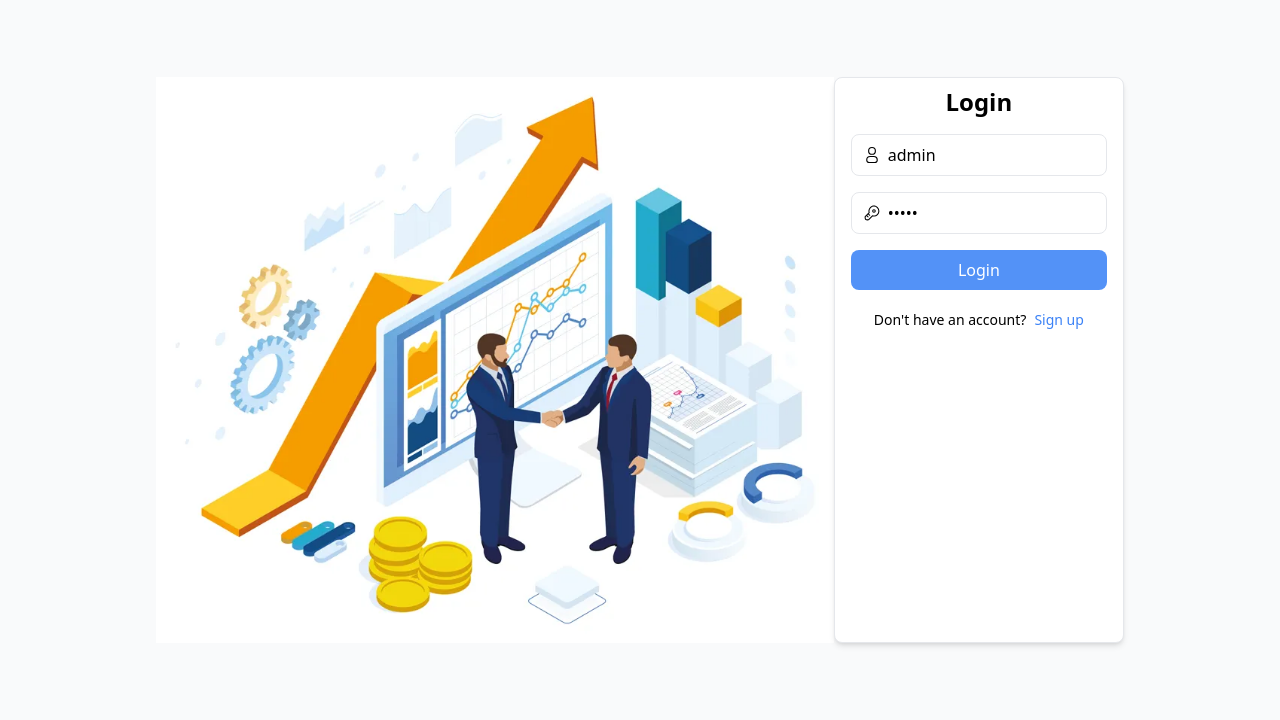
Repository: Fortivera/yourestate
Page: /
These files come from the project's save history. The page is drawn as it stood at one moment and after the next save; the edit follows.
The browser window is 1280 px wide. The pictures show the whole page.
The project was rebuilt for these pictures with package versions that can differ from the ones it lists, and the page was loaded fresh each time. The framework's server and built-in components were replaced by stand-ins that run in the browser. Also part of the build but not shown: next.config.js.

Above is the page before, as saved 2023-11-02 14:11:12.

### src/app/layout.tsx
import './globals.css'



export const metadata = {
  title: 'Home',
  description: "great explanation of something",
}

export default function RootLayout({ children }: { children: React.ReactNode }) {
  return (
    <html lang="en">
      <body>
        {children}
      </body>
    </html>
  );
}

### src/app/page.tsx
import Link from "next/link"
import Image from "next/image"
import SvgNewUser from "public/static/SvgNewUser"
import SvgPassword from "public/static/SvgPassword"

export default function Login() {
  return (
    <div className="min-h-screen bg-gray-50 flex items-center justify-center">
      <div className="flex justify-center w-full px-4 py-10 tablet:w-[540px] laptop:w-[1000px]">
        <div className="flex laptop:flex-row tablet:flex-col mobile:flex-col">
          <figure className="h-full w-full  ">
            <Image src="/static/growth.jpg" alt="login page picture" layout="responsive" width={500} height={700} className={""} />
          </figure>
          <div className="w-[400px] px-4 pb-8 pt-2 bg-white border rounded-lg shadow-md">
            <h1 className="text-2xl font-semibold text-center mb-4">Login</h1>

            <div className="mb-4 relative">
              <label className="text-sm" htmlFor="Name">
                <SvgNewUser width={18} height={18} className={"absolute left-3 top-3"} />
              </label>
              <input defaultValue="admin" id="Name" type="text" name="Name" placeholder="Username" autoComplete="given-name" required className="block w-full border rounded-lg py-2 pl-9 mt-1 focus:ring focus:ring-blue-300" />
            </div>

            <div className="mb-4 relative">
              <label className="text-sm" htmlFor="Password">
                <SvgPassword width={18} height={18} className={"absolute left-3 top-3"} />
              </label>
              <input defaultValue="admin" id="Password" type="password" name="Password" placeholder="Password" required className="block w-full border rounded-lg py-2 pl-9 mt-1 focus:ring focus:ring-blue-300" />
            </div>

            <button type="button" aria-label="Sign-in button" className="bg-[#5392f7] text-white rounded-lg w-full py-2 mb-4 hover:bg-[#3b83f6]">
              <Link href="/dashboard">Login</Link>
            </button>
            <div className="flex text-sm justify-center">
              <div className="p-1">Don't have an account?</div>
              <Link href="/user" className="text-blue-500 hover:underline p-1">
                Sign up
              </Link>
            </div>
          </div>
        </div>
      </div>
    </div>
  )
}

### src/app/globals.css

@import url('https://fonts.googleapis.com/css2?family=Lora:ital,wght@0,400;0,500;0,600;1,400;1,500;1,600&family=Montserrat:ital,wght@0,300;0,400;0,500;0,600;1,300;1,400;1,500;1,600&family=Poppins:ital,wght@0,300;0,400;0,500;0,600;0,700;0,800;0,900;1,300;1,400;1,500;1,600;1,700;1,800;1,900&family=Noto+Sans:ital,wght@0,300;0,400;0,500;0,600;0,700;0,800;0,900;1,300;1,400;1,500;1,600;1,700;1,800;1,900&display=swap');

@tailwind base;
@tailwind components;
@tailwind utilities;

.navbarDark{
  background-color:rgb(45 48 56 );
  color: #ddd;
}
.navbarLight {
  background-color: rgb(59 130 246 / 0.5);
  color: black;
}
.propertyListLight {
  background-color: rgb(249 250 251);
  color: black;
  border-color: rgb(229 231 235);
  }
.propertyListDark {
  background-color:rgb(45 48 56 / 0.95);
  color: #ddd;

}
.searchbarLight {
  background-color: rgb(248 250 252);
  color: black;

}
.searchbarDark {
  background-color:rgb(100 116 139 / 0.6);
  color: #ddd;
}
.propertyLight {
  background-color: rgb(249 250 251);
  color: black;

}
.propertyDark {
  background-color:rgb(45 48 56 / 0.95);
  color: #ddd;
}

### public/static/SvgNewUser.tsx
import * as React from "react"
import { SVGProps } from "react"
const SvgNewUser = (props: SVGProps<SVGSVGElement>) => (
  <svg
    xmlns="http://www.w3.org/2000/svg"
    width={800}
    height={800}
    fill="none"
    viewBox="0 0 24 24"
    {...props}
  >
    <g fill="#000" fillRule="evenodd" clipRule="evenodd">
      <path d="M12 2.75a3.75 3.75 0 1 0 0 7.5 3.75 3.75 0 0 0 0-7.5ZM6.75 6.5a5.25 5.25 0 1 1 10.5 0 5.25 5.25 0 0 1-10.5 0ZM4.25 18.571a5.321 5.321 0 0 1 5.321-5.321h4.858a5.321 5.321 0 0 1 5.321 5.321 4.179 4.179 0 0 1-4.179 4.179H8.43a4.179 4.179 0 0 1-4.179-4.179Zm5.321-3.821a3.821 3.821 0 0 0-3.821 3.821c0 1.48 1.2 2.679 2.679 2.679h7.142c1.48 0 2.679-1.2 2.679-2.679 0-2.11-1.71-3.821-3.821-3.821H9.57Z" />
    </g>
  </svg>
)
export default SvgNewUser

### public/static/SvgPassword.tsx
import * as React from "react"
import { SVGProps } from "react"
const SvgPassword = (props: SVGProps<SVGSVGElement>) => (
    <svg
        xmlns="http://www.w3.org/2000/svg"
        width={800}
        height={800}
        fill="none"
        viewBox="0 0 24 24"
        {...props}
    >
        <g fill="#000" fillRule="evenodd" clipRule="evenodd">
            <path d="M4.51 14.999a.689.689 0 0 1 .975 0l1.75 1.749a.689.689 0 0 1-.975.974l-1.75-1.75a.689.689 0 0 1 0-.973ZM6.698 12.812a.689.689 0 0 1 .974 0l1.749 1.75a.689.689 0 0 1-.974.974l-1.75-1.75a.689.689 0 0 1 0-.974Z" />
            <path d="M18.752 5.232c-2.32-2.313-6.075-2.312-8.386 0h-.001c-1.612 1.604-2.1 3.915-1.472 5.958.075.243.009.509-.172.69L3.74 16.86a.975.975 0 0 0-.184.341.912.912 0 0 0-.055.38l.001.006.262 1.901a.912.912 0 0 0 .262.474.857.857 0 0 0 .462.256l1.913.263c.08.012.223.003.385-.05a.838.838 0 0 0 .324-.177l.008-.007 4.995-4.986a.688.688 0 0 1 .692-.17c2.028.634 4.34.14 5.956-1.466a5.94 5.94 0 0 0-.009-8.393Zm-9.36-.975c2.85-2.85 7.475-2.848 10.332 0 2.86 2.849 2.86 7.493.01 10.342l-.001.002A7.316 7.316 0 0 1 12.8 16.52l-4.707 4.698a2.19 2.19 0 0 1-.883.523c-.309.1-.668.152-1.006.104h-.003L4.3 21.582c-.491-.069-.928-.326-1.25-.65a2.279 2.279 0 0 1-.649-1.24l-.001-.01-.262-1.902v-.003a2.26 2.26 0 0 1 .111-1.012c.102-.305.27-.625.505-.868l.007-.007 4.703-4.702c-.591-2.404.043-5.056 1.928-6.932Z" />
            <path d="M14.62 8.302a1.06 1.06 0 1 0 0 2.121 1.06 1.06 0 0 0 0-2.121Zm-2.438 1.06a2.438 2.438 0 1 1 4.876 0 2.438 2.438 0 0 1-4.877 0Z" />
        </g>
    </svg>
)
export default SvgPassword

### tailwind.config.js
/* eslint-disable prettier/prettier */
/** @type {import('tailwindcss').Config} */
module.exports = {
  content: [
    "./app/**/*.{js,ts,jsx,tsx}",
    "./pages/**/*.{js,ts,jsx,tsx}",
    "./components/**/*.{js,ts,jsx,tsx}",

    // Or if using `src` directory:
    "./src/**/*.{js,ts,jsx,tsx}",
  ],
  theme: {
    extend: {
      fontFamily: {
        Poppins: ["Poppins", "sans-serif"],
        Montserrat: ["Montserrat", "sans-serif"],
        Lora: ["Lora", "sans-serif"],
        Noto: ["Noto Sans", "sans-serif"],
      },
      screens: {
        'mobile': "320px",
        'tablet': "481px",
        'laptop': "769px",
       ' desktop': "1025px",
      },


    },
    plugins: [],
  },
}

After the next save:
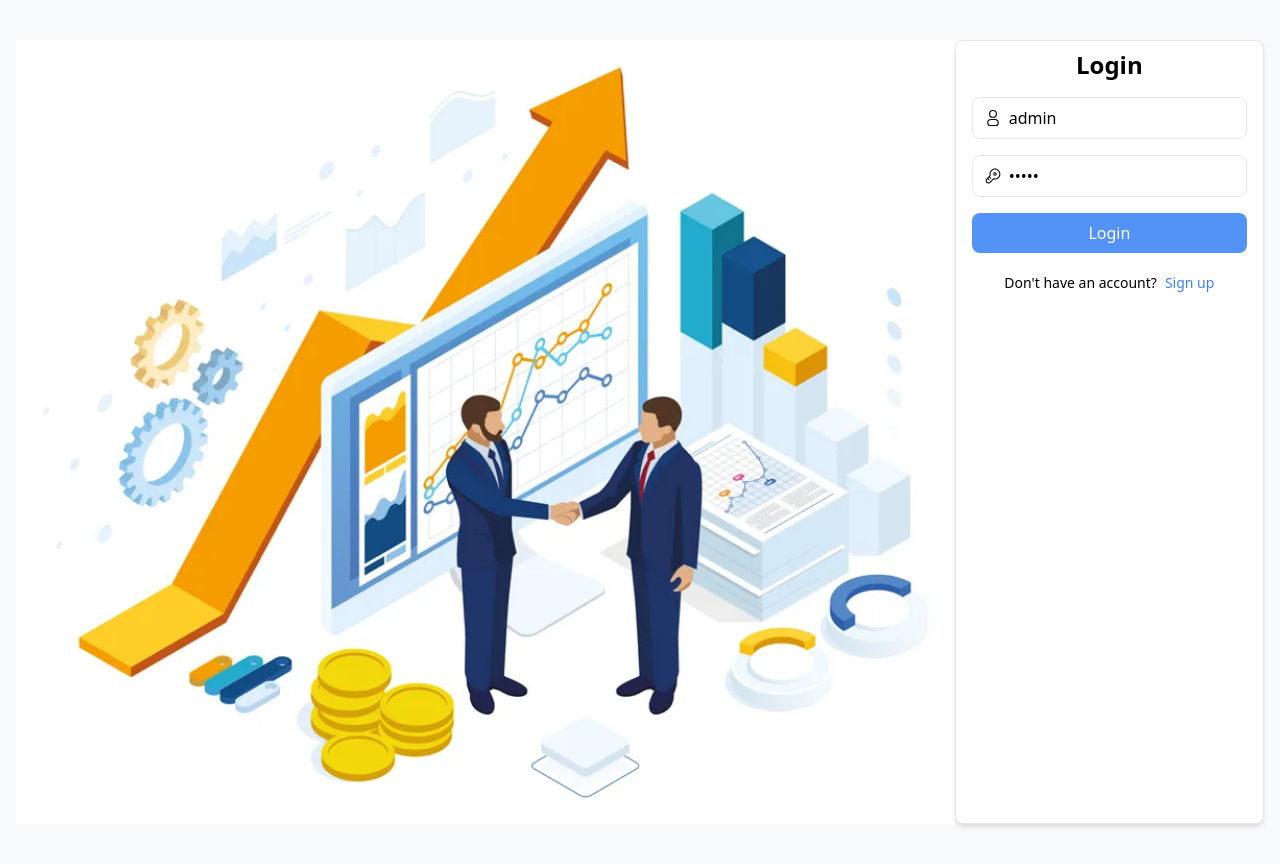
Saved 11 min 40 s later.
--- a/src/app/page.tsx
+++ b/src/app/page.tsx
@@ -6,7 +6,7 @@ import SvgPassword from "public/static/SvgPassword"
 export default function Login() {
   return (
     <div className="min-h-screen bg-gray-50 flex items-center justify-center">
-      <div className="flex justify-center w-full px-4 py-10 tablet:w-[540px] laptop:w-[1000px]">
+      <div className="flex justify-center w-full px-4 py-10 tablet:w-[540px] laptop:w-[1500px]">
         <div className="flex laptop:flex-row tablet:flex-col mobile:flex-col">
           <figure className="h-full w-full  ">
             <Image src="/static/growth.jpg" alt="login page picture" layout="responsive" width={500} height={700} className={""} />
